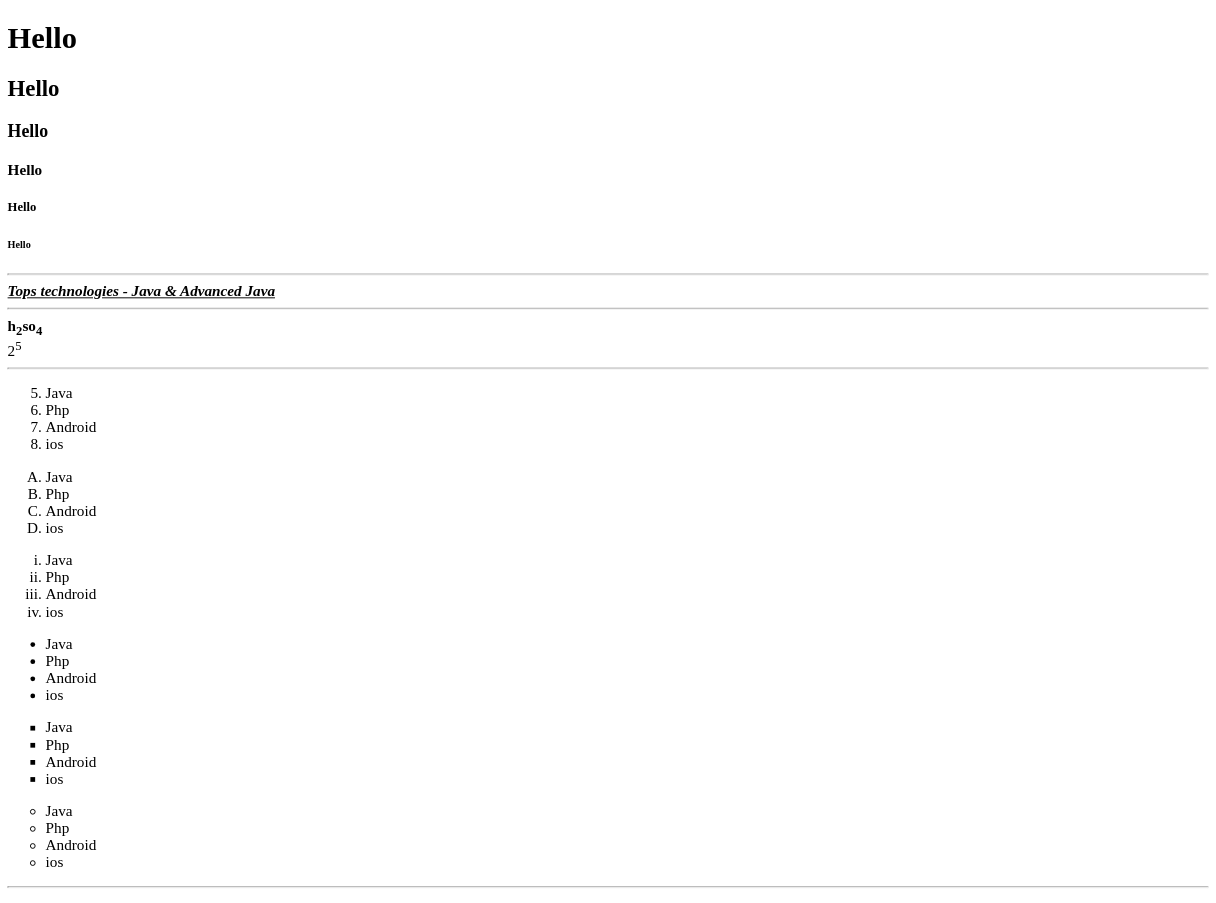
Repository: Chintan-elite/Java_Shail
Page: Learning_web/src/main/webapp/index.html
The author's editor kept a copy of each file at every save. The page is drawn from the files as they stood at one save, then again after the next save.
The browser window is 1280 px wide. The pictures show the whole page, at 95% of full size.

Above is the page before, as saved 2023-09-08 12:07:20.

After the next save:
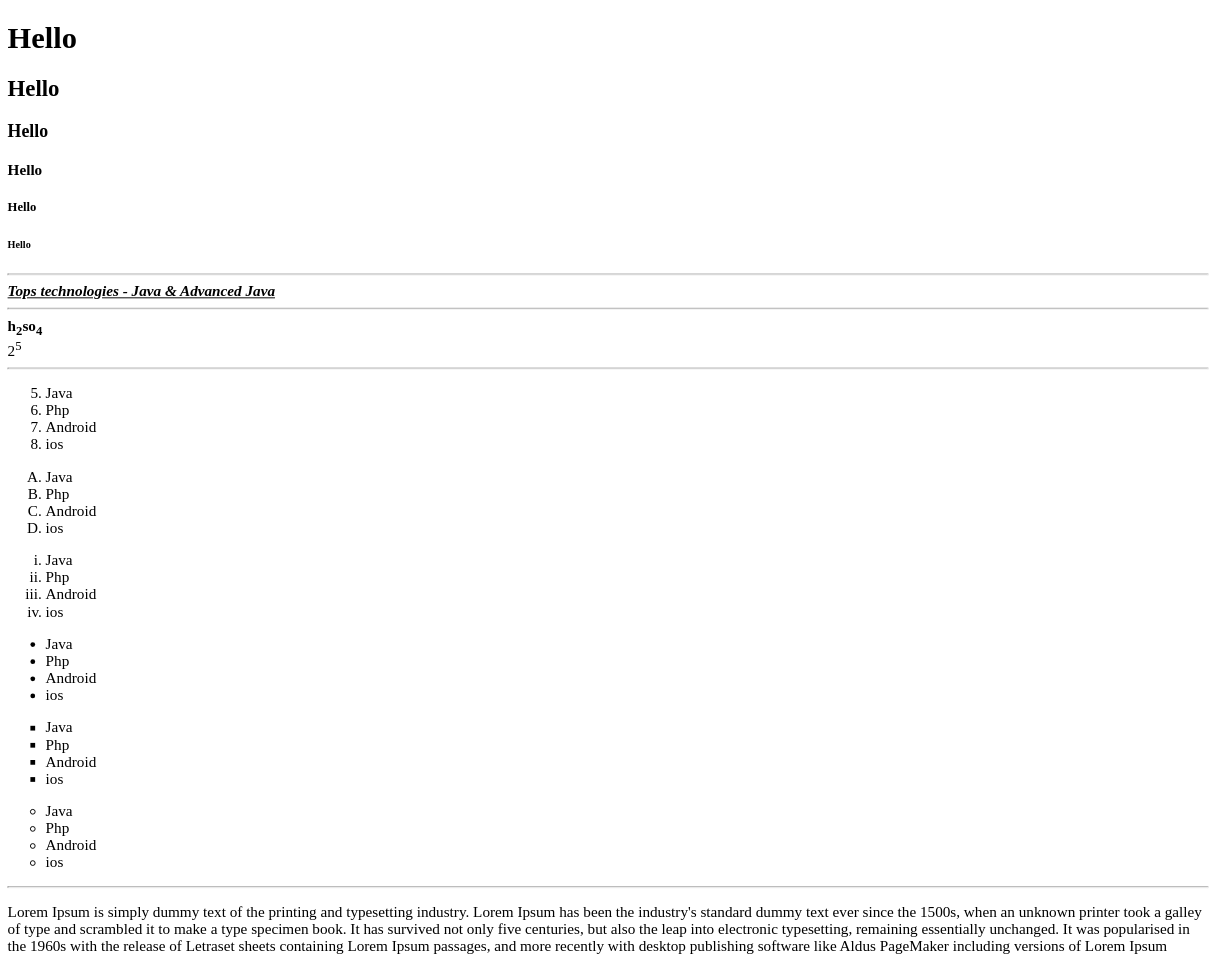
Saved 36 s later.
--- a/Learning_web/src/main/webapp/index.html
+++ b/Learning_web/src/main/webapp/index.html
@@ -68,7 +68,7 @@
 
 	<hr>
 
-	<p></p>
+	<p>Lorem Ipsum is simply dummy text of the printing and typesetting industry. Lorem Ipsum has been the industry's standard dummy text ever since the 1500s, when an unknown printer took a galley of type and scrambled it to make a type specimen book. It has survived not only five centuries, but also the leap into electronic typesetting, remaining essentially unchanged. It was popularised in the 1960s with the release of Letraset sheets containing Lorem Ipsum passages, and more recently with desktop publishing software like Aldus PageMaker including versions of Lorem Ipsum</p>
 
 
 
